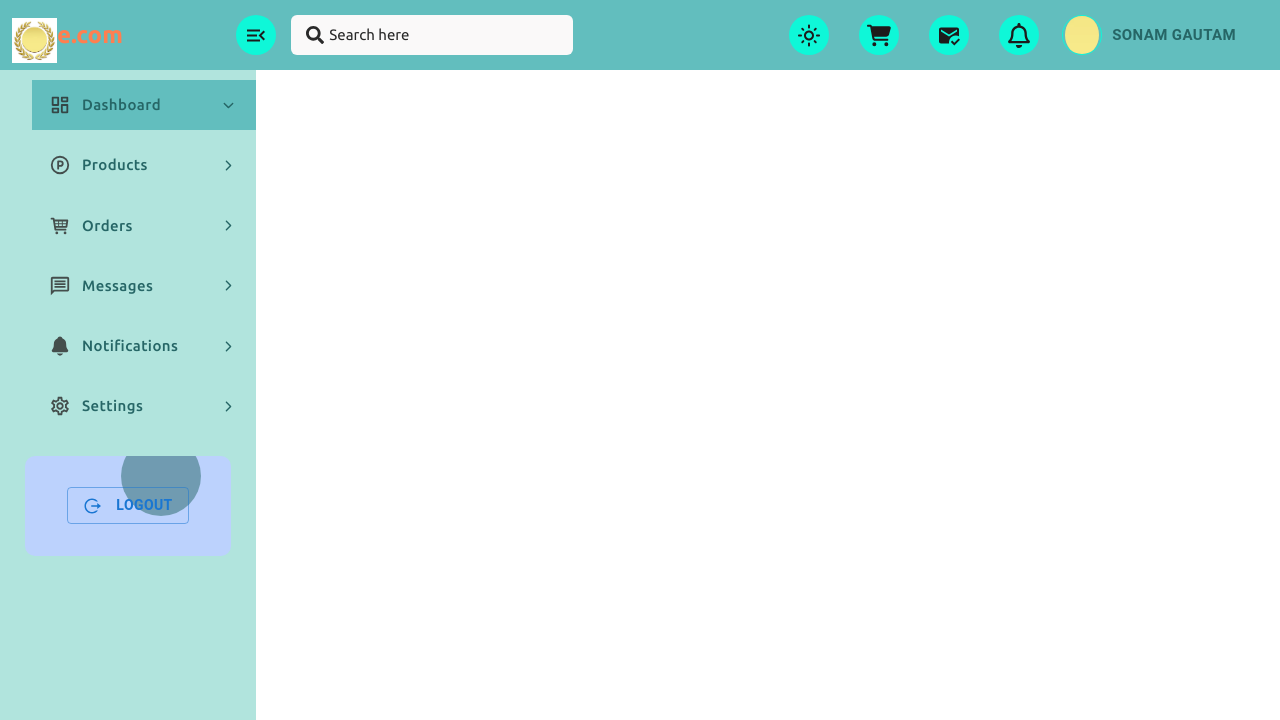
Repository: gautamsonam011/admin-react-dashboard
Page: /
An editor plug-in stored every save of this project. The page is shown before and after the next save, followed by the edit.
The browser window is 1280 px wide. The pictures show the whole page.
The project was rebuilt for these pictures with package versions that can differ from the ones it lists, and the page was loaded fresh each time.

Above is the page before, as saved 2025-04-15 17:14:10.

### src/App.js
import { BrowserRouter, Routes, Route } from 'react-router-dom';
import './App.css';
import 'bootstrap/dist/css/bootstrap.min.css';
import Dashboard from './pages/Dashboard/Dashboard';
import Header from "./components/Header/index";
import Sidebar from './components/Sidebar';

function App() {
  return (
    <BrowserRouter>
    <Header/>
    <div className='main d-flex'>
      <div className='sidebarWrapper'>
        <Sidebar/>
      </div>
    </div>
    <div className='content'>
    <Routes>
      <Route path = "/" exact={true} element={<Dashboard/>} />
    </Routes>
    </div>

    </BrowserRouter>
  );
}

export default App;

### src/App.css
@import url('https://fonts.googleapis.com/css2?family=Ubuntu:ital,wght@0,300;0,400;0,500;0,700;1,300;1,400;1,500;1,700&display=swap');

body{
  font-family: "Ubuntu", sans-serif !important;
  background-color: #f4f8f7;

}

header{
  width:100%;
  height: 70px;
  background-color:#62bebe;
  position: fixed;
  top:0px;
  left:0px;
  z-index: 1000;
}
header .logo{
  text-decoration: none;
}
header .logo img{
  margin-top: 10px;
  width:45px;

}

header .logo span{
color: coral;
font-weight: bolder;
font-size: 24px;
}
header button.rounded-circle{min-width:40px !important; width:40px !important; height: 40px !important; background-color:#0ff7d8 !important; margin: 15px;}
header button.rounded-circle svg{color:rgb(29, 27, 27); font-size: 25px !important; transition: all 0.2s ease-in-out;}
header button.rounded-circle:hover svg{color: #2585d4 !important;}
.searchBox{width:400px; height: 40px; background-color:#faf9f9; border-radius: 6px;padding: 3px 15px;}
.searchBox input{background: transparent;border:0px; outline:none; padding-left: 5px; font-size: 15px; color:#292929}
.searchBox input::-webkit-input-placeholder{color:#292929}
.searchBox svg{font-size: 18px; color:#292929 ;}

.userImg{display: flex; align-items:center; justify-content: center; overflow: hidden; width:40px; height: 40px; border:1px solid #0ff7d8; padding: 2px; border-radius: 100%;}
.userImg .rounded-circle{display: flex; align-items:center; justify-content: center; overflow: hidden; width: 40px; height: 40px; cursor: pointer; position: relative;}
.userImg .rounded-circle .img{object-fit: cover; width: 100%;}
.userInfo{padding-left: 10px;}
.userInfo h5{font-size: 15px; font-weight: 600; margin-bottom:0px; color: #266666;}

#account-menu li{font-size: 14px !important;}
#account-menu li svg{font-size: 20px !important}

.dropdown-info{padding-left: 6px;}
.dropdown-info h4{font-size: 15px; font-weight:600;margin-top: 2px; white-space: break-space; line-height: 21px;}
.dropdown-info p{font-size: 10px; color: #2585d4;}


/* Style for sidebar  */

.main .sidebarWrapper{width: 20%; flex: 0 0 20%; transition: all 0.3s ease-in-out;}
.main .sidebarWrapper .sidebar{width:20%; height: 100vh; position:fixed; top: 70px; left:0px; background:#b1e4dd; overflow-y: scroll; overflow-x: hidden;}
.main .sidebarWrapper .sidebar::-webkit-scrollbar-thumb{background: transparent !important; width:3px;}
.main .sidebarWrapper:hover .sidebar::-webkit-scrollbar{ background:#2585d4; width:3px;}
.main .sidebarWrapper .sidebar ul{margin-bottom:0px;}
.main .sidebarWrapper .sidebar ul li{list-style: none; margin-top:10px;}
.main .sidebarWrapper .sidebar ul li button{color:#266666; text-align: left; justify-content: left; border-radius:0px !important; padding: 12px 15px !important;
  align-items: center; text-transform: capitalize !important;font-family: "Ubuntu", sans-serif !important;
  margin-left: 0px; font-size: 15px !important;
}
.main .sidebarWrapper .sidebar ul li button .icon{display: flex; align-items:center; justify-content: center; width:25px; height:25px; margin-right: 10px;}
.main .sidebarWrapper .sidebar ul li button .icon svg{color:#292929; opacity: 0.8; font-size: 22px;}
.main .sidebarWrapper .sidebar ul li button .arrow{margin-left: auto; display: flex; align-items: center; justify-content: center; width: 25px; transition: all 0.3s ease-in-out}
.main .sidebarWrapper .sidebar ul li button:hover{background:#62bebe !important;}
.main .sidebarWrapper .sidebar ul li button.active{background: #62bebe !important;}
.main .sidebarWrapper .sidebar ul li button.active .arrow{transform: rotate(90deg);}

.main .sidebarWrapper .sidebar ul .submenu{padding: 0px 45px; position:relative; height:auto;}
.main .sidebarWrapper .sidebar ul .submenu::before{content:''; width:1px; height: 95%; position: absolute; top:0px; left:25px; background:rgba(0, 0, 0, 0.1);}
.main .sidebarWrapper .sidebar ul .submenu li{width:100%; list-style: none;}
.main .sidebarWrapper .sidebar ul .submenu li a{color:#266666 !important; text-decoration: none; font-family: "Ubuntu", sans-serif !important;
display: block; padding: 6px 0px; font-size: 14px !important; font-weight: 500; transition:all 0.3s}
.main .sidebarWrapper .sidebar ul .submenu li a:hover{color:#2585d4 !important;}

.main .sidebarWrapper .sidebar ul .submenuWrapper{transition:all 0.3s ease-in-out; height: 0px; overflow: hidden; }
.main .sidebarWrapper .sidebar ul .submenuWrapper.colapsed .submenu{opacity:0;}

.main .sidebarWrapper .sidebar ul .submenuWrapper.colapse{height:auto; overflow: inherit;}
.main .sidebarWrapper .sidebar ul .submenuWrapper.colapse .submenu{opacity:1; height:auto;}

.logoutWrapper{padding: 0px 25px;}
.logoutWrapper .logoutBox{width:100%; height:100px; padding: 25px; background:#bcd2fd; border-radius:10px; margin-bottom:20px; display:flex; align-items: center; justify-content: center;
position:relative; overflow:hidden;}
.logoutWrapper .logoutBox::before{content:''; width:80px; height:80px; background:#266666; border-radius: 100%; position:absolute; top: -20px; right: 30px; opacity:0.5}
.logoutWrapper .logoutBox button{font-size:14px !important; font-weight: 600 !important; }
.logoutWrapper .logoutBox button svg{margin-right: 15px; font-size:18px;}

### src/pages/Dashboard/Dashboard.jsx
const Dashboard = () =>{
    return (
        <>
        <h1>Dashboard</h1>
        </>
    )
}

export default Dashboard;

### src/components/Header/index.jsx
import React, { useState } from 'react';
import { Link } from "react-router-dom";
import logo from "../../assests/images/logo.jpg";
import Button from '@mui/material/Button';
import { MdMenuOpen } from "react-icons/md";
// import { MdOutlineMenu } from "react-icons/md";
import SearchBox from "../SearchBox";
import { MdOutlineLightMode } from "react-icons/md";
// import { MdDarkMode } from "react-icons/md";
import { FaCartShopping } from "react-icons/fa6";
import { MdMarkEmailRead } from "react-icons/md";
import { FaRegBell } from "react-icons/fa";


import Avatar from '@mui/material/Avatar';
import Menu from '@mui/material/Menu';
import MenuItem from '@mui/material/MenuItem';
import ListItemIcon from '@mui/material/ListItemIcon';
import Divider from '@mui/material/Divider';
import { FaShieldAlt } from "react-icons/fa";
import Settings from '@mui/icons-material/Settings';
import Logout from '@mui/icons-material/Logout';

const Header = () => {
    const [anchorEl, setAnchorEl] = useState(null);
    const [anchorElNotification, setAnchorElNotification] = useState(null);

    const open = Boolean(anchorEl);

    const handleOpenMyAccountDropdown = (event) => {
        if (anchorEl) {
            setAnchorEl(null);
        } else {
            setAnchorEl(event.currentTarget);
        }
    };

    const handleOpenMyAccountDropdownClose = () => {
        setAnchorEl(null);
    };

    // For Notification dropdown
    const handleOpennotificationsDrop = (event) => {
        setAnchorElNotification(event.currentTarget);
    };

    const handleClosenotificationsDrop = () => {
        setAnchorElNotification(null);
    };



    return (
        <>
            <header>
                <div className="container-fluid">
                    <div className="row d-flex align-items-center w-100">
                        {/* logo */}
                        <div className="col-sm-2">
                            <Link to="/" className="d-flex align-items-center logo">
                                <img src={logo} alt="logo" />
                                <span className="ml-2">e.com</span>
                            </Link>
                        </div>
                        <div className="col-sm-3 d-flex align-items-center pl-4">
                            <Button className="rounded-circle"><MdMenuOpen /></Button>
                            <SearchBox />
                        </div>
                        <div className="col-sm-7 d-flex align-items-center justify-content-end part3">
                            <Button className="rounded-circle"><MdOutlineLightMode /></Button>
                            <Button className="rounded-circle"><FaCartShopping /></Button>
                            <Button className="rounded-circle"><MdMarkEmailRead /></Button>
                            <Button className="rounded-circle" onClick={handleOpennotificationsDrop}>
                                <FaRegBell />
                            </Button>
                            <Menu
                                anchorEl={anchorElNotification}
                                open={Boolean(anchorElNotification)}
                                onClose={handleClosenotificationsDrop}
                                onClick={handleClosenotificationsDrop}
                                slotProps={{
                                    paper: {
                                        elevation: 0,
                                        sx: {
                                            overflow: 'visible',
                                            filter: 'drop-shadow(0px 2px 8px rgba(0,0,0,0.32))',
                                            mt: 1.5,
                                            '&::before': {
                                                content: '""',
                                                display: 'block',
                                                position: 'absolute',
                                                top: 0,
                                                right: 14,
                                                width: 10,
                                                height: 10,
                                                bgcolor: 'background.paper',
                                                transform: 'translateY(-50%) rotate(45deg)',
                                                zIndex: 0,
                                            },
                                        },
                                    },
                                }}
                                transformOrigin={{ horizontal: 'right', vertical: 'top' }}
                                anchorOrigin={{ horizontal: 'right', vertical: 'bottom' }}
                            >
                                <MenuItem onClick={handleClosenotificationsDrop}>
                                    Orders(12)
                                </MenuItem>
                                <Divider className="mb-2" />
                                <MenuItem onClick={handleClosenotificationsDrop}>
                                    <div className="d-flex align-items-center dropdown-list">

                                        <div className="userImg">
                                        <span className="rounded-circle">
                                            <img src={logo} alt="profile" />
                                        </span>

                                    </div>
                                    <div className='dropdown-info'>
                                        <h4><b>Sona</b> added Leather New Shoes</h4>
                                        <p>Few minutes ago</p>
                                    </div>
                                    </div>

                                </MenuItem>
                                <MenuItem onClick={handleClosenotificationsDrop}>
                                    <div className="d-flex align-items-center dropdown-list">

                                        <div className="userImg">
                                        <span className="rounded-circle">
                                            <img src={logo} alt="profile" />
                                        </span>

                                    </div>
                                    <div className='dropdown-info'>
                                        <h4><b>Sona</b> added Leather New Shoes</h4>
                                        <p>Few minutes ago</p>
                                    </div>
                                    </div>

                                </MenuItem>
                            </Menu>

                            <div className="myAccountWrapper">
                                <Button className="myAccount d-flex align-items-center" onClick={handleOpenMyAccountDropdown}>
                                    <div className="userImg">
                                        <span className="rounded-circle">
                                            <img src={logo} alt="profile" />
                                        </span>

                                    </div>
                                    <div className="userInfo">
                                        <h5>Sonam Gautam</h5>
                                    </div>

                                    <Menu
                                        anchorEl={anchorEl}
                                        id="account-menu"
                                        open={open}
                                        onClose={handleOpenMyAccountDropdownClose}
                                        onClick={handleOpenMyAccountDropdownClose}
                                        slotProps={{
                                            paper: {
                                                elevation: 0,
                                                sx: {
                                                    overflow: 'visible',
                                                    filter: 'drop-shadow(0px 2px 8px rgba(0,0,0,0.32))',
                                                    mt: 1.5,
                                                    '& .MuiAvatar-root': {
                                                        width: 32,
                                                        height: 32,
                                                        ml: -0.5,
                                                        mr: 1,
                                                    },
                                                    '&::before': {
                                                        content: '""',
                                                        display: 'block',
                                                        position: 'absolute',
                                                        top: 0,
                                                        right: 14,
                                                        width: 10,
                                                        height: 10,
                                                        bgcolor: 'background.paper',
                                                        transform: 'translateY(-50%) rotate(45deg)',
                                                        zIndex: 0,
                                                    },
                                                },
                                            },
                                        }}
                                        transformOrigin={{ horizontal: 'right', vertical: 'top' }}
                                        anchorOrigin={{ horizontal: 'right', vertical: 'bottom' }}
                                    >
                                        <MenuItem onClick={handleOpenMyAccountDropdownClose}>
                                            <Avatar /> Profile
                                        </MenuItem>
                                        <Divider />
                                        <MenuItem onClick={handleOpenMyAccountDropdownClose}>
                                            <ListItemIcon>
                                                <FaShieldAlt fontSize="small" />
                                            </ListItemIcon>
                                            Reset Password
                                        </MenuItem>
                                        <MenuItem onClick={handleOpenMyAccountDropdownClose}>
                                            <ListItemIcon>
                                                <Settings fontSize="small" />
                                            </ListItemIcon>
                                            Settings
                                        </MenuItem>
                                        <MenuItem onClick={handleOpenMyAccountDropdownClose}>
                                            <ListItemIcon>
                                                <Logout fontSize="small" />
                                            </ListItemIcon>
                                            Logout
                                        </MenuItem>
                                    </Menu>
                                </Button>
                            </div>
                        </div>
                    </div>
                </div>
            </header>
        </>
    )
}

export default Header

### src/components/Sidebar/index.jsx
import Button from '@mui/material/Button';
import { RiDashboardLine } from "react-icons/ri";
import { IoIosArrowForward } from "react-icons/io";
import { TbBrandProducthunt } from "react-icons/tb";
import { TiShoppingCart } from "react-icons/ti";
import { MdOutlineMessage } from "react-icons/md";
import { IoNotifications } from "react-icons/io5";
import { MdOutlineSettings } from "react-icons/md";
import { Link } from 'react-router-dom';
import React, {useState} from "react";
import { RiLogoutCircleRLine } from "react-icons/ri";

const Sidebar = () =>{
    const [activeTab, setActiveTab] = useState(0);
    const [isToggleSubmenu, setIsToggleSubmenu] = useState(false);

    const isOpenSubmenu = (index) =>{
        setActiveTab(index);
        setIsToggleSubmenu(!isToggleSubmenu);


    }

    return(
        <div className="sidebar">
            <ul>
                <li>
                    <Link to="/">
                    <Button className={`w-100 ${activeTab === 0 ? 'active' : ''}`} onClick={()=>isOpenSubmenu(0)}>
                        <span className='icon'><RiDashboardLine/></span>
                        Dashboard
                        <span className="arrow"><IoIosArrowForward/></span>
                    </Button>
                    </Link>
                </li>
                <li>
                    <Button className={`w-100 ${activeTab === 1 && isToggleSubmenu===true ?  'active' : ''}`} onClick={()=>isOpenSubmenu(1)}>
                        <span className='icon'><TbBrandProducthunt/></span>
                        Products
                        <span className="arrow"><IoIosArrowForward/></span>
                    </Button>
                    <div className={`submenuWrapper ${activeTab===1 && isToggleSubmenu===true ? 'colapse':'colapsed'}`}>
                    <ul className='submenu'>
                        <li><Link to="#">Product Add</Link></li>
                        <li><Link to="#">Product List</Link></li>
                        <li><Link to="#">Product View</Link></li>
                    </ul>
                    </div>
                </li>
                <li>
                    <Link to="/">
                    <Button className={`w-100 ${activeTab === 2 ? 'active' : ''}`} onClick={()=>isOpenSubmenu(2)}>
                        <span className='icon'><TiShoppingCart/></span>
                        Orders
                        <span className="arrow"><IoIosArrowForward/></span>
                    </Button>
                    </Link>
                </li>
                <li>
                    <Link to="/">
                    <Button className={`w-100 ${activeTab === 3 ? 'active' : ''}`} onClick={()=>isOpenSubmenu(3)}>
                        <span className='icon'><MdOutlineMessage/></span>
                        Messages
                        <span className="arrow"><IoIosArrowForward/></span>
                    </Button>
                    </Link>
                </li>
                <li>
                    <Link to="/">
                    <Button className={`w-100 ${activeTab === 4 ? 'active' : ''}`} onClick={()=>isOpenSubmenu(4)}>
                        <span className='icon'><IoNotifications/></span>
                        Notifications
                        <span className="arrow"><IoIosArrowForward/></span>
                    </Button>
                    </Link>
                </li>
                <li>
                    <Link to="/">
                    <Button className={`w-100 ${activeTab === 5 ? 'active' : ''}`} onClick={()=>isOpenSubmenu(5)}>
                        <span className='icon'><MdOutlineSettings /></span>
                        Settings
                        <span className="arrow"><IoIosArrowForward/></span>
                    </Button>
                    </Link>
                </li>
            </ul>
            <br/>
            <div className="logoutWrapper">
                <div className="logoutBox">
            <Button variant="outlined"> <RiLogoutCircleRLine/>Logout</Button>
            </div>
            </div>
        </div>
    )
}

export default Sidebar

### src/components/SearchBox.jsx
import { FaSearch } from "react-icons/fa";

const SearchBox = () =>{
    return (
        <div className="searchBox position-relative d-flex align-items-center">
            <FaSearch className="mr-2" />
            <input type="text" placeholder="Search here"  />
        </div>
    )
}

export default SearchBox;

Loaded but not shown: public/index.html (common file); src/index.js (common file); src/reportWebVitals.js (common file)

After the next save:
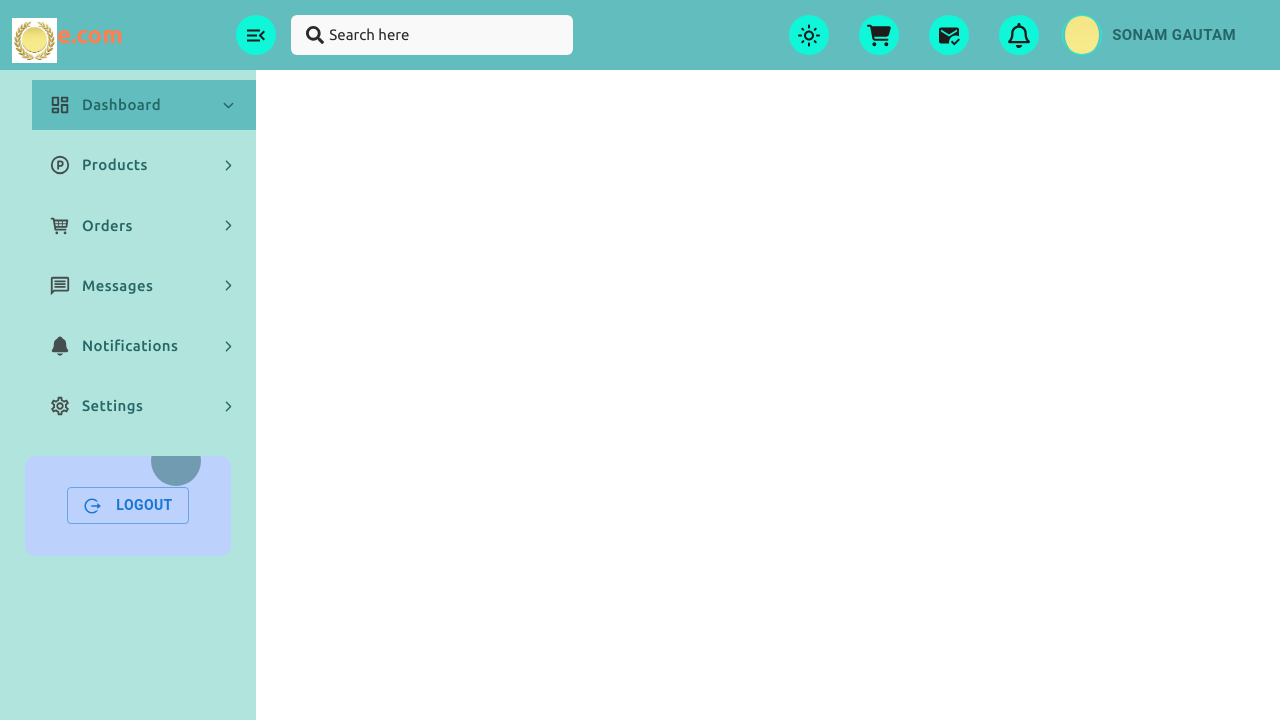
Saved 22 s later.
--- a/src/App.css
+++ b/src/App.css
@@ -86,6 +86,6 @@ display: block; padding: 6px 0px; font-size: 14px !important; font-weight: 500;
 .logoutWrapper{padding: 0px 25px;}
 .logoutWrapper .logoutBox{width:100%; height:100px; padding: 25px; background:#bcd2fd; border-radius:10px; margin-bottom:20px; display:flex; align-items: center; justify-content: center;
 position:relative; overflow:hidden;}
-.logoutWrapper .logoutBox::before{content:''; width:80px; height:80px; background:#266666; border-radius: 100%; position:absolute; top: -20px; right: 30px; opacity:0.5}
+.logoutWrapper .logoutBox::before{content:''; width:50px; height:50px; background:#266666; border-radius: 100%; position:absolute; top: -20px; right: 30px; opacity:0.5}
 .logoutWrapper .logoutBox button{font-size:14px !important; font-weight: 600 !important; }
 .logoutWrapper .logoutBox button svg{margin-right: 15px; font-size:18px;}
